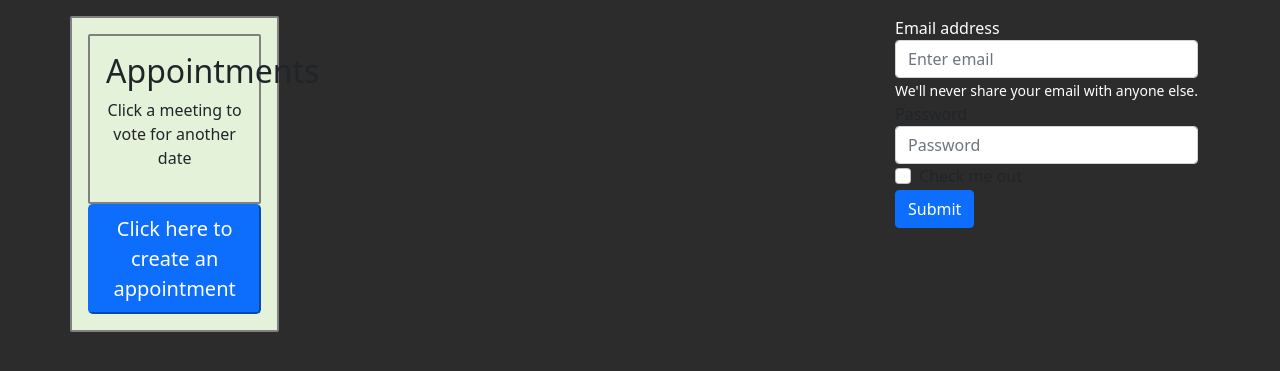
Repository: wlichon/Semesterprojekt
Page: index.html
The author's editor kept a copy of each file at every save. The page is drawn from the files as they stood at one save, then again after the next save.
The browser window is 1280 px wide. The pictures show the whole page.
The page's requests for data from a server got no answer. Some web libraries are served in a nearby version.

Above is the page before, as saved 2022-04-22 20:38:24.

### index.html
<!DOCTYPE html>
<html lang="en">
<head>
    <link href="https://cdn.jsdelivr.net/npm/bootstrap@5.1.3/dist/css/bootstrap.min.css" rel="stylesheet" integrity="sha384-1BmE4kWBq78iYhFldvKuhfTAU6auU8tT94WrHftjDbrCEXSU1oBoqyl2QvZ6jIW3" crossorigin="anonymous">
    <link rel="stylesheet" href="https://cdn.jsdelivr.net/npm/bootstrap-icons@1.8.1/font/bootstrap-icons.css">
    <script
    src="https://code.jquery.com/jquery-3.6.0.min.js"
    integrity="sha256-/xUj+3OJU5yExlq6GSYGSHk7tPXikynS7ogEvDej/m4="
    crossorigin="anonymous"></script>
    <script src="https://cdnjs.cloudflare.com/ajax/libs/jqueryui/1.12.1/jquery-ui.min.js" integrity="sha512-uto9mlQzrs59VwILcLiRYeLKPPbS/bT71da/OEBYEwcdNUk8jYIy+D176RYoop1Da+f9mvkYrmj5MCLZWEtQuA==" crossorigin="anonymous" referrerpolicy="no-referrer"></script>
    <meta charset="UTF-8">
    <meta http-equiv="X-UA-Compatible" content="IE=edge">
    <meta name="viewport" content="width=device-width, initial-scale=1.0">
    <link rel="stylesheet" href="frontend/css/mystyle.css">
    <script src="frontend/script/script.js" defer></script>
    <title>Appointment Finder</title>
</head>
<body class="d-flex justify-content-center">
    <div class="container m-3 d-flex justify-content-center">
        <div class="events row flex-grow-1" id="events">
            <div class="col-md-3 d-flex justify-content-between" style="flex-direction: column">

                <div class="col">
                    <h2 class="align-self-center">Appointments</h2>
                    <p class="">Click a meeting to vote for another date</p>
                </div>
                <button class = "btn-primary btn-lg" id = "createappointment"> Click here to create an appointment</button>


                </div>
             </div>

            <div class="appointments row flex-grow-1" id="appointments">
                <div class="col-md d-flex justify-content-between" style="flex-direction: column">
                    <div class="row h-80">
                        <div class="col">
                           <h2 class="align-self-center">Options</h2>
                        </div>
                    </div>
                    <div class="row inputs h-20 align-self-bottom">
                        <div class="col-md">
                            <i class="bi bi-person-circle m-1"></i><input type="text" placeholder="Name">
                        </div>
                    </div>

                </div>




                <!--
                    <div id = "appointment"
                <div class="col-md">
                    <div class="row h-80">
                        <div class="col wrapper">
                            <h4>Dez</h4>
                            <h3>23</h3>
                            <p>Mi</p>
                            <p>11:40</p>
                            <p>13:00</p>
                        </div>
                    </div>
                    <div class="row inputs h-20">
                        <div class="col-md"><input class="form-check-input" type="checkbox" value=""></div>
                    </div>


                </div>
                <div class="btn btn-primary col-auto p-1" id="lslide">
                    <i class="bi bi-chevron-left"></i>
                </div>

                <div class="row mt-5 comment">
                    <div class="input-group input-group-lg">
                        <span class="input-group-text" id="inputGroup-sizing-lg">Comment</span>
                        <input type="text" class="form-control" aria-label="Sizing example input" aria-describedby="inputGroup-sizing-lg">
                        <button class="btn btn-outline-secondary bg-primary text-white" type="button" id="submit">Submit</button>
                    </div>
                </div>
            -->
        </div>
        <form id = "createappointmentform">
            <div class="form-group">
              <label for="exampleInputEmail1" class ="text-white">Email address</label>
              <input type="email" class="form-control" id="exampleInputEmail1" aria-describedby="emailHelp" placeholder="Enter email">
              <small id="emailHelp" class="form-text text-white">We'll never share your email with anyone else.</small>
            </div>
            <div class="form-group">
              <label for="exampleInputPassword1">Password</label>
              <input type="password" class="form-control" id="exampleInputPassword1" placeholder="Password">
            </div>
            <div class="form-check">
              <input type="checkbox" class="form-check-input" id="exampleCheck1">
              <label class="form-check-label" for="exampleCheck1">Check me out</label>
            </div>
            <button type="submit" class="btn btn-primary">Submit</button>
          </form>

            </div>


    <script src="https://cdn.jsdelivr.net/npm/bootstrap@5.1.3/dist/js/bootstrap.bundle.min.js" integrity="sha384-ka7Sk0Gln4gmtz2MlQnikT1wXgYsOg+OMhuP+IlRH9sENBO0LRn5q+8nbTov4+1p" crossorigin="anonymous"></script>
</body>
</html>

### frontend/css/mystyle.css
[class*="col"]{
    text-align:center;
    border: 2px solid grey;
    padding: 1rem;
    border-radius: 2px;
    background-color:rgb(228, 242, 217);
}

.bi-person-circle{
    font-size: 1.5rem;
}

.inputs > div{
    background-color: rgb(89, 209, 61);
}

body{
    background-color:rgb(45, 44, 44);
}

.wrapper{
    border-radius: 5px;
    border: none;
    background-color: lightcyan;
}

.container{
    border-radius: 5px;
}

#lslide{
    background-color:blue;
    border-radius:10px;
}

.event{
    cursor: pointer;
}

.event:hover{
    background-color:blue;
}

.noevent:hover{
    pointer-events: none;
}

### frontend/script/script.js
"use strict";
var months = ["Jan", "Feb", "Mar", "Apr", "May", "Jun", "Jul", "Aug", "Sep", "Oct", "Nov", "Dec"];
var days = ["Mon", "Tue", "Wed", "Thu", "Fri", "Sat", "Sun"];
var slidebutton = "<div class='btn btn-primary col-auto p-1' id='lslide'><i class='bi bi-chevron-left'></i></div>";
var commentbar = "<div class='row mt-5 comment'><div class='input-group input-group-lg'><span class='input-group-text' id='inputGroup-sizing-lg'>Comment</span><input type='text' class='form-control' aria-label='Sizing example input' aria-describedby='inputGroup-sizing-lg'><button class='btn btn-outline-secondary bg-primary text-white' type='button' id='submit'>Submit</button></div></div>";
$(function () {
    $("#appointments").hide();
    $("#events").hide();
    $.ajax({
        type: "GET",
        url: "backend/serviceHandler.php",
        cache: false,
        data: { function: "loadAppointments" },
        dataType: "json",
        success: function (response) {
            // bei sucess liefert loadAppointments ein Array mit den ganzen Appointments in dem Format:
            //  Appointment("25-06-2027", "Meeting4", "22-05-2025 19:30:00", "18:00", "18:30", [2, 3]) also:
            // Appointment("Tag-Monat-Jahr", "MeetingNummer", "ExpirationDate", "UhrzeitBeginn", "Uhrzeitende", "OptionsID");
            // Appointment ($date,$title,$votingExpirationDate,$begin,$end,$optionIDs)3222
            console.log("success");
            $.each(response, function (i, val) {
                var counter = 1;
                var date = new Date(val["date"]["date"]);
                var month = months[date.getMonth()];
                var day = days[date.getDay()];
                var dayOfMonth = date.getDate();
                var year = date.getFullYear();
                var expiration = val["votingExpirationDate"]["date"].substr(0, 19);
                var begin = val["begin"]["date"].substr(11).substr(0, 8);
                var end = val["end"]["date"].substr(11).substr(0, 8);
                var id = val["optionIDs"];
                $("#events").append("<div class='col-md-2 event' id =" + counter + " + data=" + id + ">" +
                    "<div class='col wrapper'>" +
                    "<h2>" + val["title"] + "</h2>" +
                    "<h4>" + month + "</h4>" +
                    "<h3>" + dayOfMonth + "</h3>" +
                    "<p>" + day + "</p>" +
                    "<p>Begins: " + begin + "</p>" +
                    "<p>Ends: " + end + "</p>" +
                    "<h6><p>Voting ends:</p>" +
                    "<p>" + expiration + "</p></h6>" +
                    "</div> </div>");
                var isexpired = new Date(expiration);
                var today = new Date();
                if (isexpired <= today) {
                    $("#" + counter).append("<h5 class = 'mt-3' > abgelaufen! </h5>");
                    $("#" + counter).attr("class", "col-md-2 noevent");
                }
                counter++;
            });
        },
        complete: function () {
            $(".event").on('click', function (e) {
                var self = e.currentTarget; // Element was das Klick getriggert hat
                $("#events").hide("slide", { direction: "left" }, 1000, function () {
                    console.log(self);
                    var optionIDs_string = self.getAttribute("data");
                    var optionIDs = Array.from(optionIDs_string.split(","));
                    console.log(optionIDs);
                    $.ajax({
                        type: "GET",
                        url: "backend/serviceHandler.php",
                        cache: false,
                        data: { function: "loadOptions", param: optionIDs },
                        dataType: "json",
                        success: function (response) {
                            console.log("success");
                            console.log(response);
                            $.each(response, function (i, val) {
                                var date = new Date(val["date"]["date"]);
                                console.log("loop");
                                var month = months[date.getMonth()];
                                var day = days[date.getDay()];
                                var dayOfMonth = date.getDate();
                                var year = date.getFullYear();
                                var begin = val["begin"]["date"].substr(11).substr(0, 8);
                                var end = val["end"]["date"].substr(11).substr(0, 8);
                                $("#appointments").append("<div class='col-md'>" +
                                    "<div class='col-md event'>" +
                                    "<div class='col wrapper'>" +
                                    "<h4>" + month + "</h4>" +
                                    "<h3>" + dayOfMonth + "</h3>" +
                                    "<p>" + day + "</p>" +
                                    "<p>Begins: " + begin + "</p>" +
                                    "<p>Ends: " + end + "</p>" +
                                    "</div></div>" +
                                    "<div class='row inputs h-20'>" +
                                    "<div class='col-md'><input class='form-check-input' type='checkbox' value=''></div></div></div>");
                            });
                            $("#appointments").append(slidebutton + commentbar);
                            $("#lslide").on('click', slidebar);
                        },
                        error: function (response) {
                            console.log("failure");
                        }
                    }),
                        setTimeout(function () { return $("#appointments").show("slide", 1000); }, 100);
                });
            });
            $("#events").show("slide", 1000);
        },
        error: function (e) {
            console.log("failure");
        }
    });
    console.log("hi");
    $("#submit").on('click', function () {
        console.log($("#test").prop("checked"));
    });
});
var optionNameInput = '<div class="col-md d-flex justify-content-between" style="flex-direction: column">' +
    '<div class="row h-80">' +
    '<div class="col">' +
    '<h2 class="align-self-center">Options</h2>' +
    '</div>' +
    '</div>' +
    '<div class="row inputs h-20 align-self-bottom">' +
    '<div class="col-md">' +
    '<i class="bi bi-person-circle m-1"></i><input type="text" placeholder="Name">' +
    '</div>' +
    '</div>' +
    '</div>';
function slidebar() {
    $("#appointments").hide("slide", { direction: "left" }, 1000, function () {
        $("#appointments").empty().append(optionNameInput);
        $("#events").show("slide", 1000);
    });
}

After the next save:
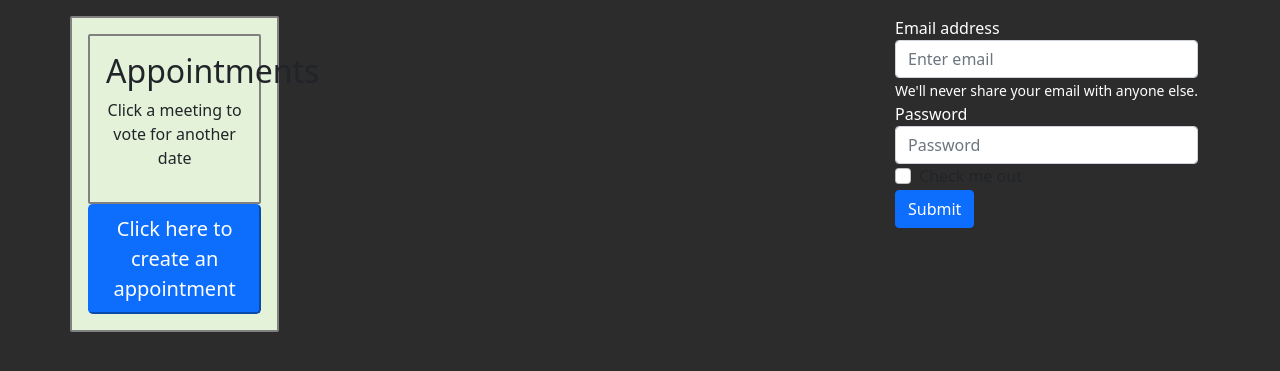
Saved 6 s later.
--- a/index.html
+++ b/index.html
@@ -86,7 +86,7 @@
               <small id="emailHelp" class="form-text text-white">We'll never share your email with anyone else.</small>
             </div>
             <div class="form-group">
-              <label for="exampleInputPassword1">Password</label>
+              <label for="exampleInputPassword1" class ="text-white">Password</label>
               <input type="password" class="form-control" id="exampleInputPassword1" placeholder="Password">
             </div>
             <div class="form-check">
